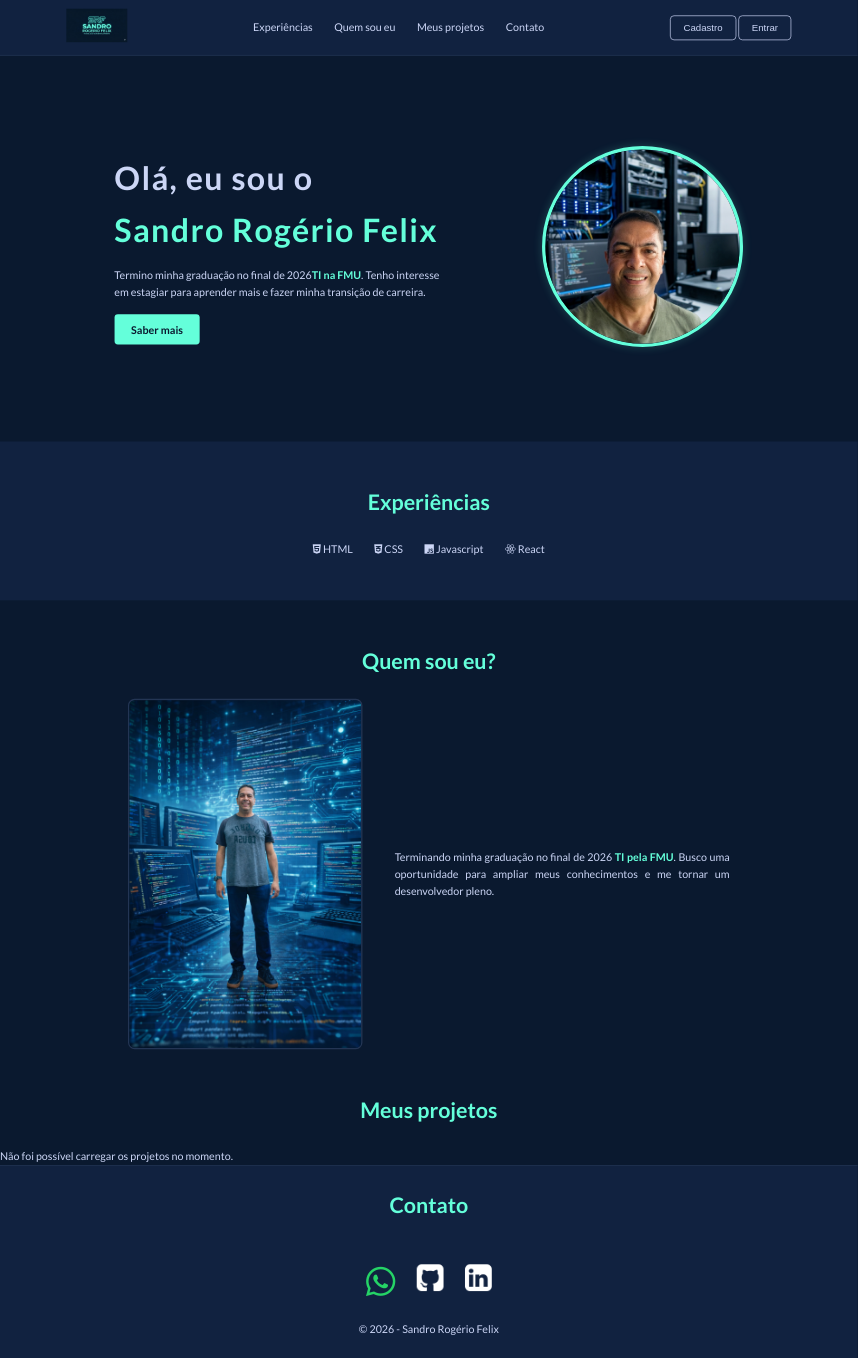
Repository: Sandro1969-tech/portifolio-Sandro
Page: index.html
The author's editor kept a copy of each file at every save. The page is drawn from the files as they stood at one save, then again after the next save.
The browser window is 1280 px wide. The pictures show the whole page, at 67% of full size.
The page's requests for data from a server got no answer.

Above is the page before, as saved 2026-07-20 18:00:35.

After the next save:
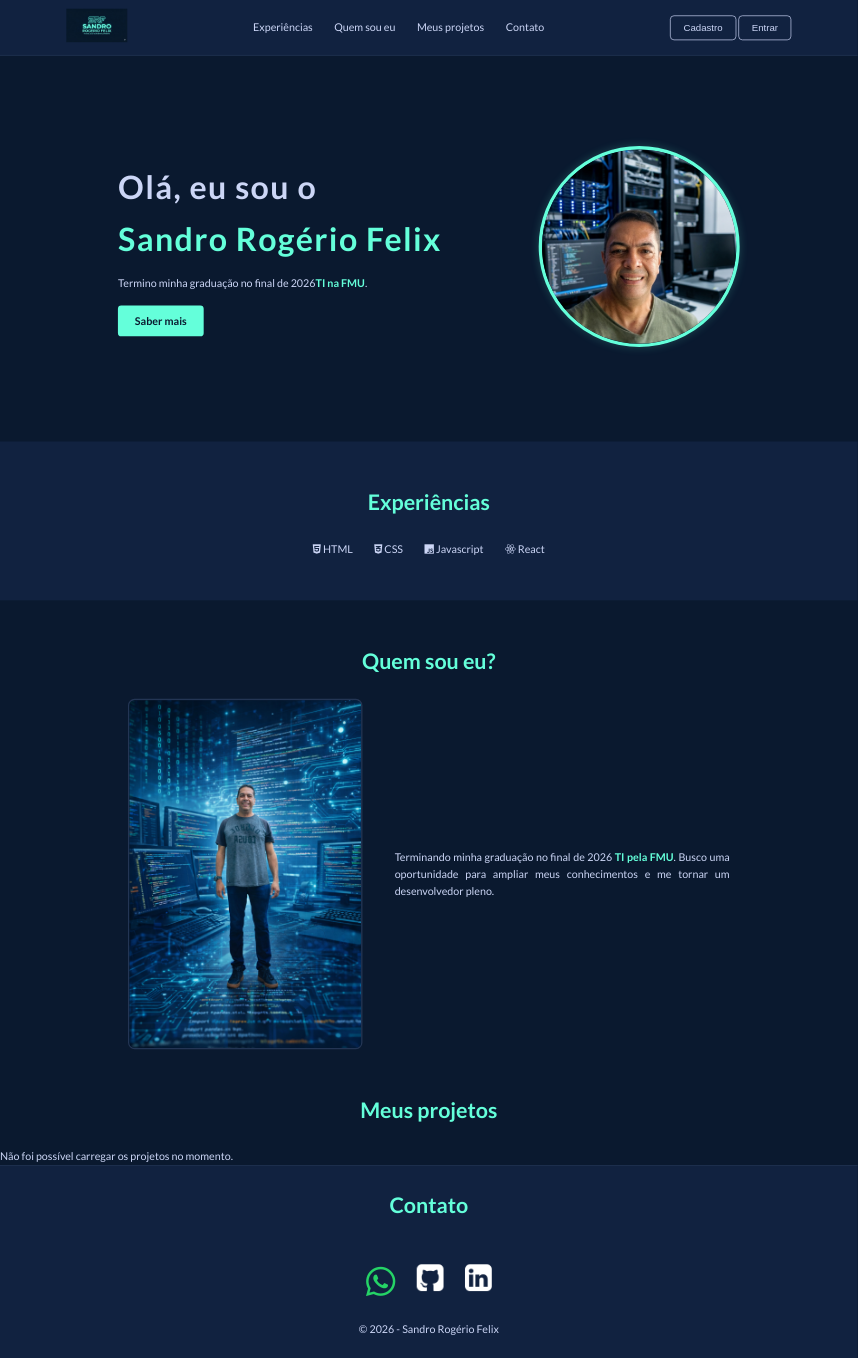
Saved 16 s later.
--- a/index.html
+++ b/index.html
@@ -29,8 +29,7 @@
             <div class="box-text-main">
                 <h1>Olá, eu sou o<br /><strong>Sandro Rogério Felix</strong></h1>
                 <p>
-                    Termino minha graduação no final de 2026<strong>TI na FMU</strong>. Tenho interesse em estagiar para
-                    aprender mais e fazer minha transição de carreira.
+                    Termino minha graduação no final de 2026<strong>TI na FMU</strong>.
                 </p>
                 <a href="#contact" class="link-action">Saber mais</a>
             </div>

After the 3 saves that followed:
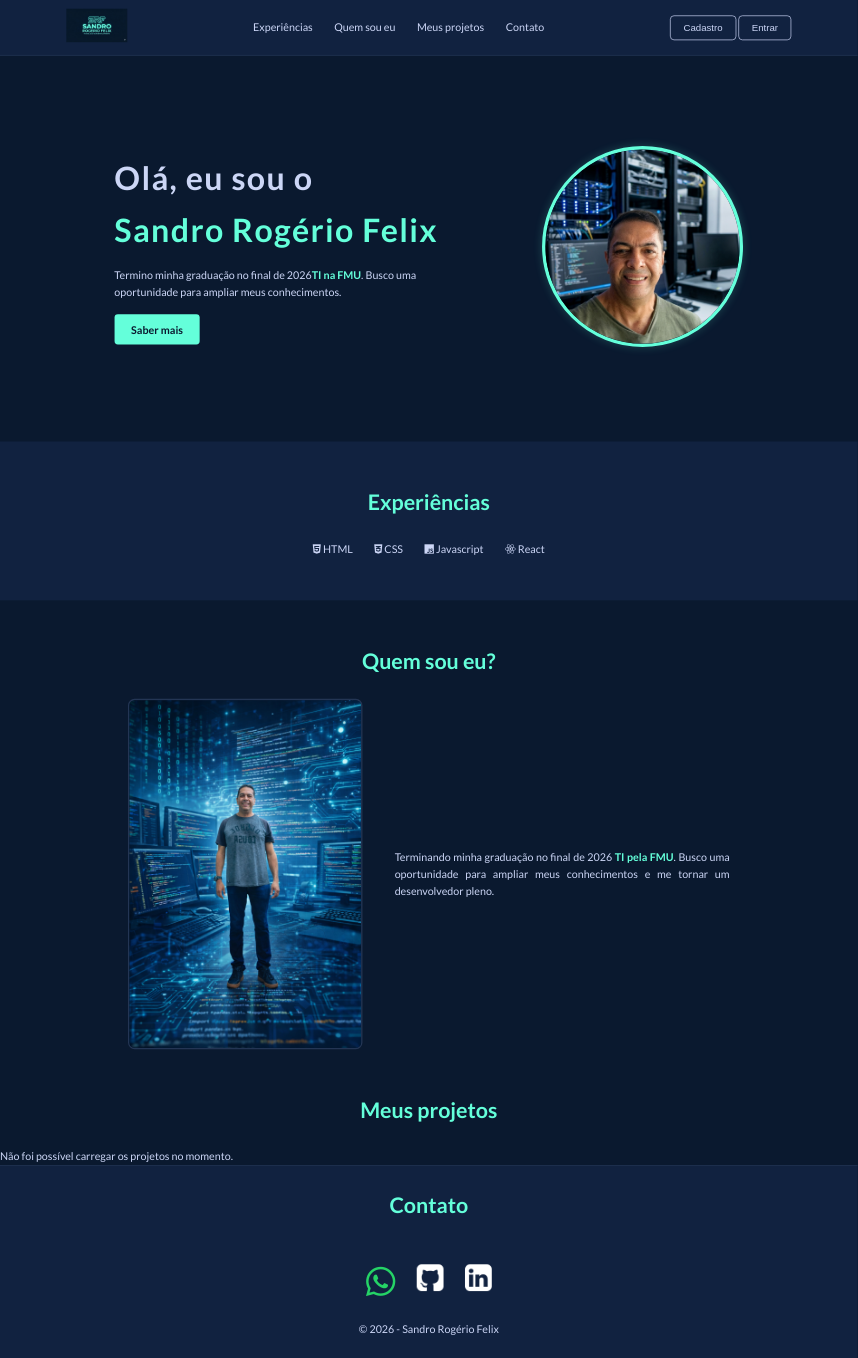
The 3 saves are shown as one change because they came seconds apart.
The last was saved 23 s later.
--- a/index.html
+++ b/index.html
@@ -29,7 +29,7 @@
             <div class="box-text-main">
                 <h1>Olá, eu sou o<br /><strong>Sandro Rogério Felix</strong></h1>
                 <p>
-                    Termino minha graduação no final de 2026<strong>TI na FMU</strong>.
+                    Termino minha graduação no final de 2026<strong>TI na FMU</strong>. Busco uma oportunidade para ampliar meus conhecimentos.
                 </p>
                 <a href="#contact" class="link-action">Saber mais</a>
             </div>
